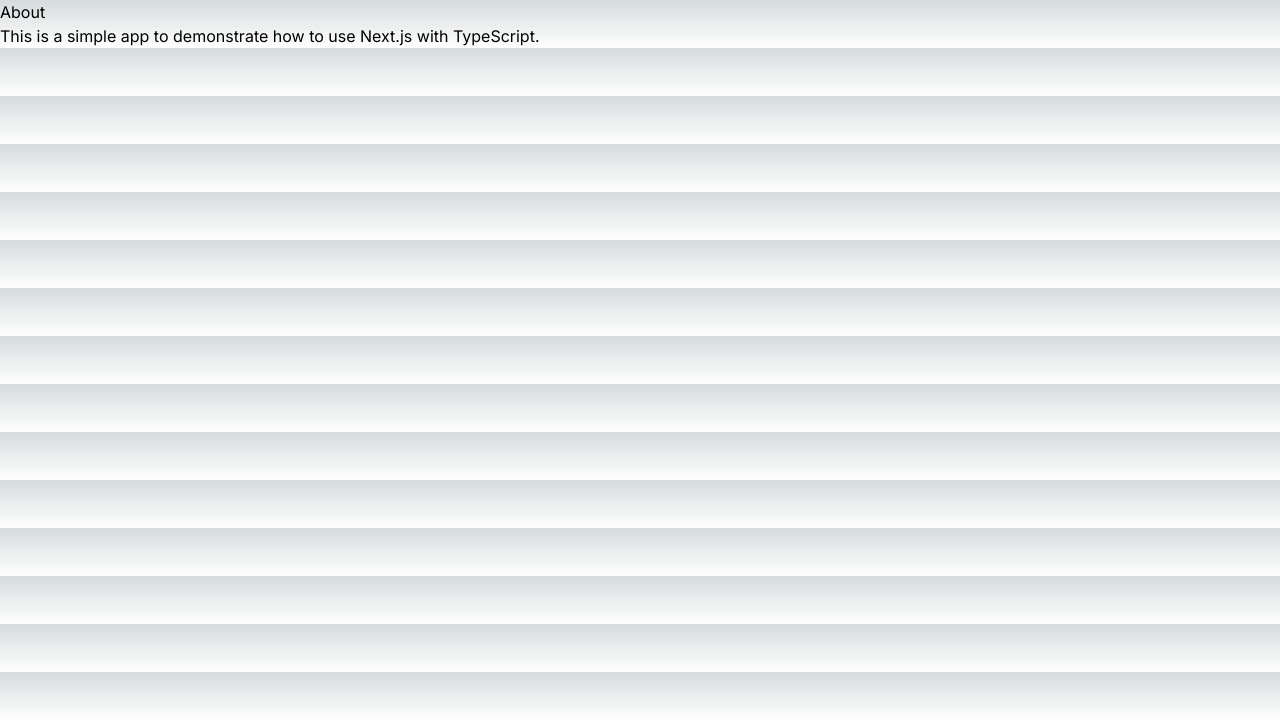
Repository: badhon252/Candidates-portal
Page: /about
These files come from the project's save history. The page is drawn as it stood at one moment and after the next save; the edit follows.
The browser window is 1280 px wide. The pictures show the whole page.
The project was rebuilt for these pictures with package versions that can differ from the ones it lists, and the page was loaded fresh each time. The framework's server and built-in components were replaced by stand-ins that run in the browser. Also part of the build but not shown: next.config.js.

Above is the page before, as saved 2023-05-31 17:26:29.

### app/layout.tsx
import "./globals.css";
import { Inter } from "next/font/google";

const inter = Inter({ subsets: ["latin"] });

export const metadata = {
  title: "Movie Vault",
  description: "Movie Vault is a place to store your favorite movies",
};

export default function RootLayout({
  children,
}: {
  children: React.ReactNode;
}) {
  return (
    <html lang="en">
      <body className={inter.className}>{children}</body>
    </html>
  );
}

### app/about/page.tsx
export default function page() {
  return (
    <div className="">
      <h1 className="block text-4px">About</h1>
      <p>
        This is a simple app to demonstrate how to use Next.js with TypeScript.
      </p>
    </div>
  );
}

Loaded but not shown: app/globals.css (common file); tailwind.config.js (common file)

After the next save:
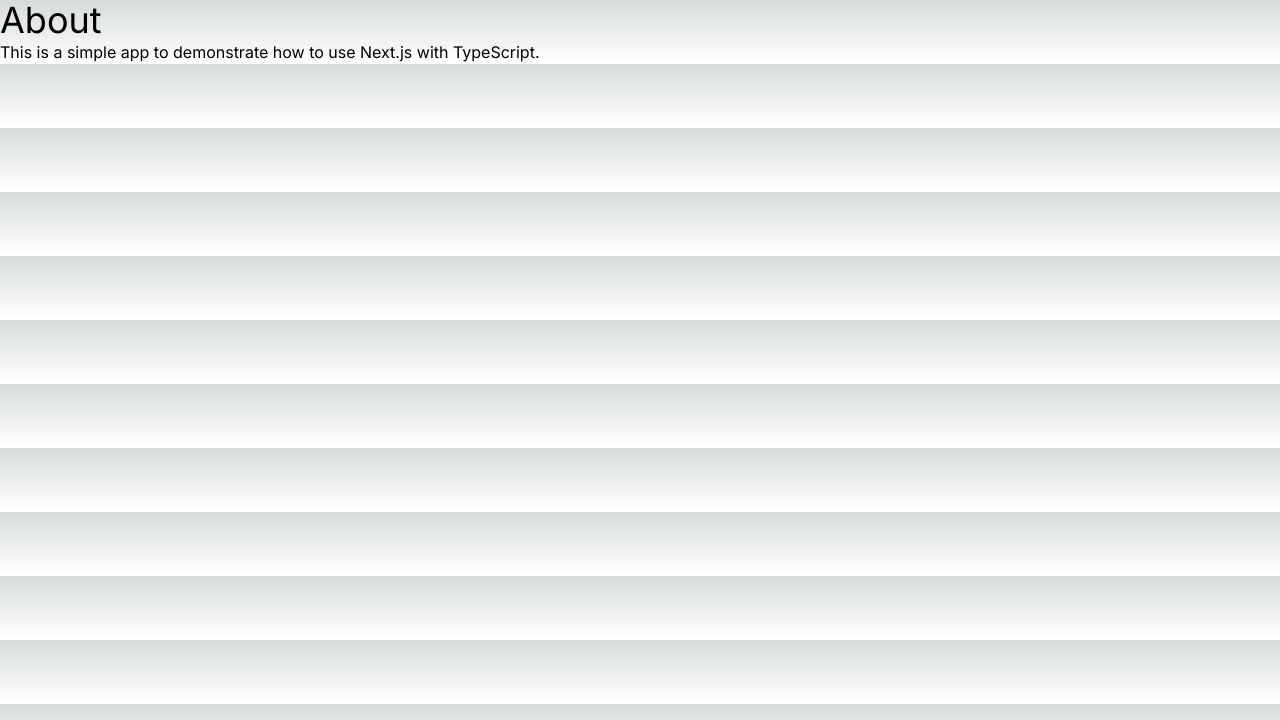
Saved 9 s later.
--- a/app/about/page.tsx
+++ b/app/about/page.tsx
@@ -1,7 +1,7 @@
 export default function page() {
   return (
     <div className="">
-      <h1 className="block text-4px">About</h1>
+      <h1 className="block text-4xl">About</h1>
       <p>
         This is a simple app to demonstrate how to use Next.js with TypeScript.
       </p>
